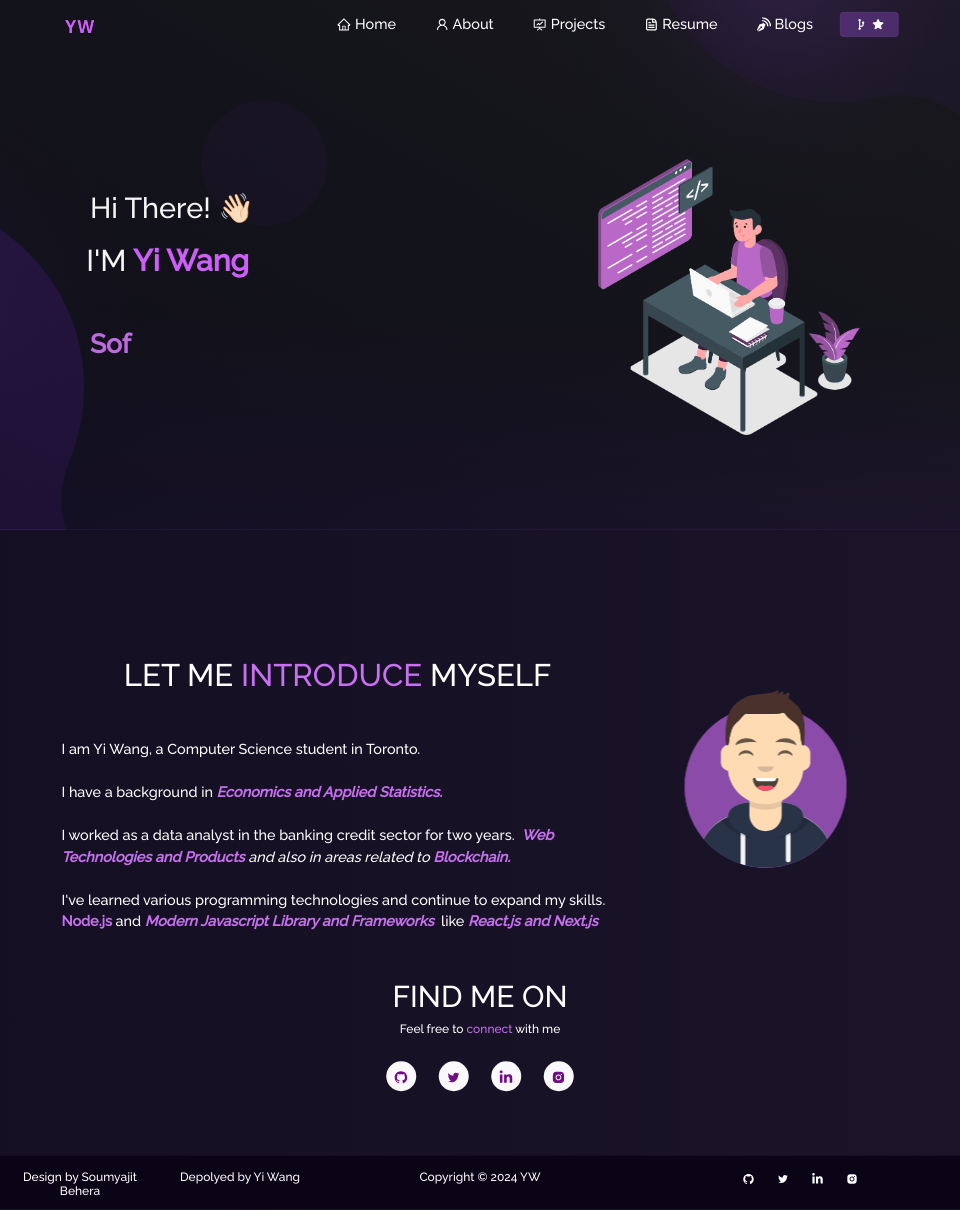
Repository: YiWang24/Portfolio
Page: /
An editor plug-in stored every save of this project. The page is shown before and after a run of saves, followed by the edit.
The browser window is 1280 px wide. The pictures show the whole page, at 75% of full size.
The project was rebuilt for these pictures with package versions that can differ from the ones it lists, and the page was loaded fresh each time. Also part of the build but not shown: src/components/About/Github.js, src/components/About/Techstack.js, src/components/About/AboutCard.js, src/components/About/Toolstack.js, src/components/About/About.js, src/components/Projects/ProjectCards.js, src/components/Projects/Projects.js, src/components/Resume/ResumeNew.js. Imported but missing from the stored project, and not drawn on this page: src/Assets/Soumyajit_Behera-BIT_MESRA.pdf.

Above is the page before, as saved 2024-08-21 20:00:59.

### src/components/Navbar.js
import React, { useState } from "react";
import Navbar from "react-bootstrap/Navbar";
import Nav from "react-bootstrap/Nav";
import Container from "react-bootstrap/Container";
import logo from "../Assets/logo.png";
import Button from "react-bootstrap/Button";
import { Link } from "react-router-dom";
import { CgGitFork } from "react-icons/cg";
import { ImBlog } from "react-icons/im";
import {
  AiFillStar,
  AiOutlineHome,
  AiOutlineFundProjectionScreen,
  AiOutlineUser,
} from "react-icons/ai";

import { CgFileDocument } from "react-icons/cg";

function NavBar() {
  const [expand, updateExpanded] = useState(false);
  const [navColour, updateNavbar] = useState(false);

  function scrollHandler() {
    if (window.scrollY >= 20) {
      updateNavbar(true);
    } else {
      updateNavbar(false);
    }
  }

  window.addEventListener("scroll", scrollHandler);

  return (
    <Navbar
      expanded={expand}
      fixed="top"
      expand="md"
      className={navColour ? "sticky" : "navbar"}
    >
      <Container>
        <Navbar.Brand href="/" className="d-flex">
          <img src={logo} className="img-fluid logo" alt="brand" />
        </Navbar.Brand>
        <Navbar.Toggle
          aria-controls="responsive-navbar-nav"
          onClick={() => {
            updateExpanded(expand ? false : "expanded");
          }}
        >
          <span></span>
          <span></span>
          <span></span>
        </Navbar.Toggle>
        <Navbar.Collapse id="responsive-navbar-nav">
          <Nav className="ms-auto" defaultActiveKey="#home">
            <Nav.Item>
              <Nav.Link as={Link} to="/" onClick={() => updateExpanded(false)}>
                <AiOutlineHome style={{ marginBottom: "2px" }} /> Home
              </Nav.Link>
            </Nav.Item>

            <Nav.Item>
              <Nav.Link
                as={Link}
                to="/about"
                onClick={() => updateExpanded(false)}
              >
                <AiOutlineUser style={{ marginBottom: "2px" }} /> About
              </Nav.Link>
            </Nav.Item>

            <Nav.Item>
              <Nav.Link
                as={Link}
                to="/project"
                onClick={() => updateExpanded(false)}
              >
                <AiOutlineFundProjectionScreen
                  style={{ marginBottom: "2px" }}
                />{" "}
                Projects
              </Nav.Link>
            </Nav.Item>

            <Nav.Item>
              <Nav.Link
                as={Link}
                to="/resume"
                onClick={() => updateExpanded(false)}
              >
                <CgFileDocument style={{ marginBottom: "2px" }} /> Resume
              </Nav.Link>
            </Nav.Item>

            <Nav.Item>
              <Nav.Link
                href="https://soumyajitblogs.vercel.app/"
                target="_blank"
                rel="noreferrer"
              >
                <ImBlog style={{ marginBottom: "2px" }} /> Blogs
              </Nav.Link>
            </Nav.Item>

            <Nav.Item className="fork-btn">
              <Button
                href="https://github.com/soumyajit4419/Portfolio"
                target="_blank"
                className="fork-btn-inner"
              >
                <CgGitFork style={{ fontSize: "1.2em" }} />{" "}
                <AiFillStar style={{ fontSize: "1.1em" }} />
              </Button>
            </Nav.Item>
          </Nav>
        </Navbar.Collapse>
      </Container>
    </Navbar>
  );
}

export default NavBar;

### src/components/Home/Home.js
import React from "react";
import { Container, Row, Col } from "react-bootstrap";
import homeLogo from "../../Assets/home-main.svg";
import Particle from "../Particle";
import Home2 from "./Home2";
import Type from "./Type";

function Home() {
  return (
    <section>
      <Container fluid className="home-section" id="home">
        <Particle />
        <Container className="home-content">
          <Row>
            <Col md={7} className="home-header">
              <h1 style={{ paddingBottom: 15 }} className="heading">
                Hi There!{" "}
                <span className="wave" role="img" aria-labelledby="wave">
                  👋🏻
                </span>
              </h1>

              <h1 className="heading-name">
                I'M
                <strong className="main-name"> Yi Wang</strong>
              </h1>

              <div style={{ padding: 50, textAlign: "left" }}>
                <Type />
              </div>
            </Col>

            <Col md={5} style={{ paddingBottom: 20 }}>
              <img
                src={homeLogo}
                alt="home pic"
                className="img-fluid"
                style={{ maxHeight: "450px" }}
              />
            </Col>
          </Row>
        </Container>
      </Container>
      <Home2 />
    </section>
  );
}

export default Home;

### src/components/Footer.js
import React from "react";
import { Container, Row, Col } from "react-bootstrap";
import {
  AiFillGithub,
  AiOutlineTwitter,
  AiFillInstagram,
} from "react-icons/ai";
import { FaLinkedinIn } from "react-icons/fa";

function Footer() {
  let date = new Date();
  let year = date.getFullYear();
  return (
    <Container fluid className="footer">
      <Row>
        <Col md="2" className="footer-copywright">
          <h3>Design by Soumyajit Behera</h3>
        </Col>
        <Col md="2" className="footer-copywright">
          <h3>Depolyed by Yi Wang</h3>
        </Col>
        <Col md="4" className="footer-copywright">
          <h3>Copyright © {year} YW</h3>
        </Col>
        <Col md="4" className="footer-body">
          <ul className="footer-icons">
            <li className="social-icons">
              <a
                href="https://github.com/soumyajit4419"
                style={{ color: "white" }}
                target="_blank"
                rel="noopener noreferrer"
                aria-label="GitHub"
              >
                <AiFillGithub />
              </a>
            </li>
            <li className="social-icons">
              <a
                href="https://twitter.com/Soumyajit4419"
                style={{ color: "white" }}
                target="_blank"
                rel="noopener noreferrer"
              >
                <AiOutlineTwitter />
              </a>
            </li>
            <li className="social-icons">
              <a
                href="https://www.linkedin.com/in/yi-wang-51892731a/"
                style={{ color: "white" }}
                target="_blank"
                rel="noopener noreferrer"
              >
                <FaLinkedinIn />
              </a>
            </li>
            <li className="social-icons">
              <a
                href="https://www.instagram.com/soumyajit4419"
                style={{ color: "white" }}
                target="_blank"
                rel="noopener noreferrer"
              >
                <AiFillInstagram />
              </a>
            </li>
          </ul>
        </Col>
      </Row>
    </Container>
  );
}

export default Footer;

### src/components/Particle.js
import React from "react";
import Particles from "react-tsparticles";

function Particle() {
  return (
    <Particles
      id="tsparticles"
      params={{
        particles: {
          number: {
            value: 160,
            density: {
              enable: true,
              value_area: 1500,
            },
          },
          line_linked: {
            enable: false,
            opacity: 0.03,
          },
          move: {
            direction: "right",
            speed: 0.05,
          },
          size: {
            value: 1,
          },
          opacity: {
            anim: {
              enable: true,
              speed: 1,
              opacity_min: 0.05,
            },
          },
        },
        interactivity: {
          events: {
            onclick: {
              enable: true,
              mode: "push",
            },
          },
          modes: {
            push: {
              particles_nb: 1,
            },
          },
        },
        retina_detect: true,
      }}
    />
  );
}

export default Particle;

### src/components/Home/Home2.js
import React from "react";
import { Container, Row, Col } from "react-bootstrap";
import myImg from "../../Assets/avatar.svg";
import Tilt from "react-parallax-tilt";
import {
  AiFillGithub,
  AiOutlineTwitter,
  AiFillInstagram,
} from "react-icons/ai";
import { FaLinkedinIn } from "react-icons/fa";

function Home2() {
  return (
    <Container fluid className="home-about-section" id="about">
      <Container>
        <Row>
          <Col md={8} className="home-about-description">
            <h1 style={{ fontSize: "2.6em" }}>
              LET ME <span className="purple"> INTRODUCE </span> MYSELF
            </h1>
            <p className="home-about-body">
              I am Yi Wang, a Computer Science student in Toronto.
              <br />
              <br />I have a background in
              <i>
                <b className="purple"> Economics and Applied Statistics. </b>
              </i>
              <br />
              <br />
              I worked as a data analyst in the banking credit sector for two years. &nbsp;
              <i>
                <b className="purple">Web Technologies and Products </b> and
                also in areas related to <b className="purple">Blockchain.</b>
              </i>
              <br />
              <br />
              I've learned various programming technologies and continue to expand my skills. <b className="purple">Node.js</b> and
              <i>
                <b className="purple">
                  {" "}
                  Modern Javascript Library and Frameworks
                </b>
              </i>
              &nbsp; like
              <i>
                <b className="purple"> React.js and Next.js</b>
              </i>
            </p>
          </Col>
          <Col md={4} className="myAvtar">
            <Tilt>
              <img src={myImg} className="img-fluid" alt="avatar" />
            </Tilt>
          </Col>
        </Row>
        <Row>
          <Col md={12} className="home-about-social">
            <h1>FIND ME ON</h1>
            <p>
              Feel free to <span className="purple">connect </span>with me
            </p>
            <ul className="home-about-social-links">
              <li className="social-icons">
                <a
                  href="https://github.com/YiWang24"
                  target="_blank"
                  rel="noreferrer"
                  className="icon-colour  home-social-icons"
                >
                  <AiFillGithub />
                </a>
              </li>
              <li className="social-icons">
                <a
                  href="https://twitter.com/Soumyajit4419"
                  target="_blank"
                  rel="noreferrer"
                  className="icon-colour  home-social-icons"
                >
                  <AiOutlineTwitter />
                </a>
              </li>
              <li className="social-icons">
                <a
                  href="https://www.linkedin.com/in/soumyajit4419/"
                  target="_blank"
                  rel="noreferrer"
                  className="icon-colour  home-social-icons"
                >
                  <FaLinkedinIn />
                </a>
              </li>
              <li className="social-icons">
                <a
                  href="https://www.instagram.com/soumyajit4419"
                  target="_blank"
                  rel="noreferrer"
                  className="icon-colour home-social-icons"
                >
                  <AiFillInstagram />
                </a>
              </li>
            </ul>
          </Col>
        </Row>
      </Container>
    </Container>
  );
}
export default Home2;

Loaded but not shown: public/index.html (common file); src/index.js (common file); src/index.css (common file); src/App.js (common file); src/reportWebVitals.js (common file); src/components/Pre.js (common file); src/components/ScrollToTop.js (common file); src/style.css (common file); src/App.css (common file); src/components/Home/Type.js (common file)

After the next 2 saves:
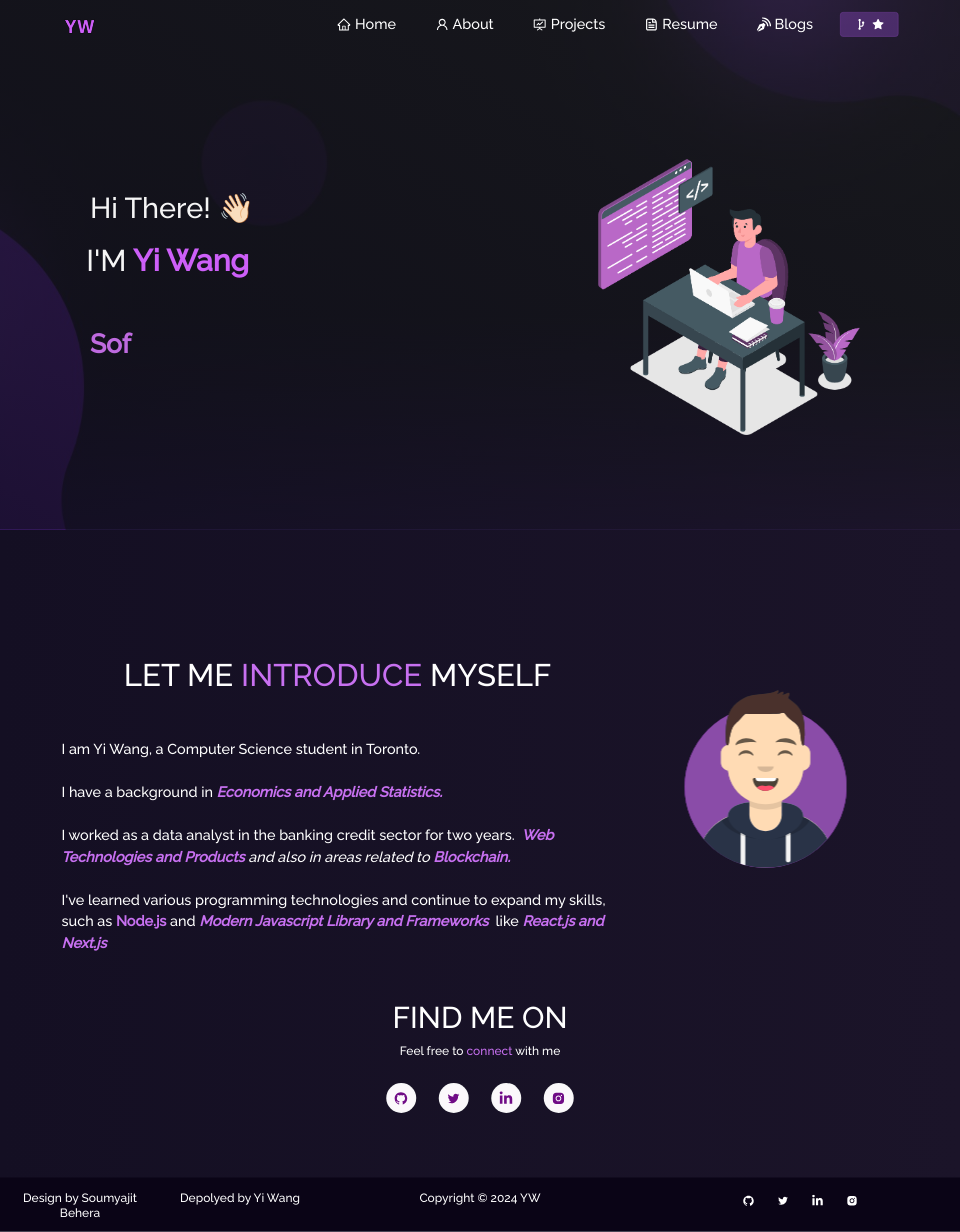
The 2 saves are shown as one change because they came seconds apart.
The last was saved 75 s later.
--- a/src/components/Home/Home2.js
+++ b/src/components/Home/Home2.js
@@ -34,7 +34,7 @@ function Home2() {
               </i>
               <br />
               <br />
-              I've learned various programming technologies and continue to expand my skills. <b className="purple">Node.js</b> and
+              I've learned various programming technologies and continue to expand my skills, such as  <b className="purple">Node.js</b> and
               <i>
                 <b className="purple">
                   {" "}
